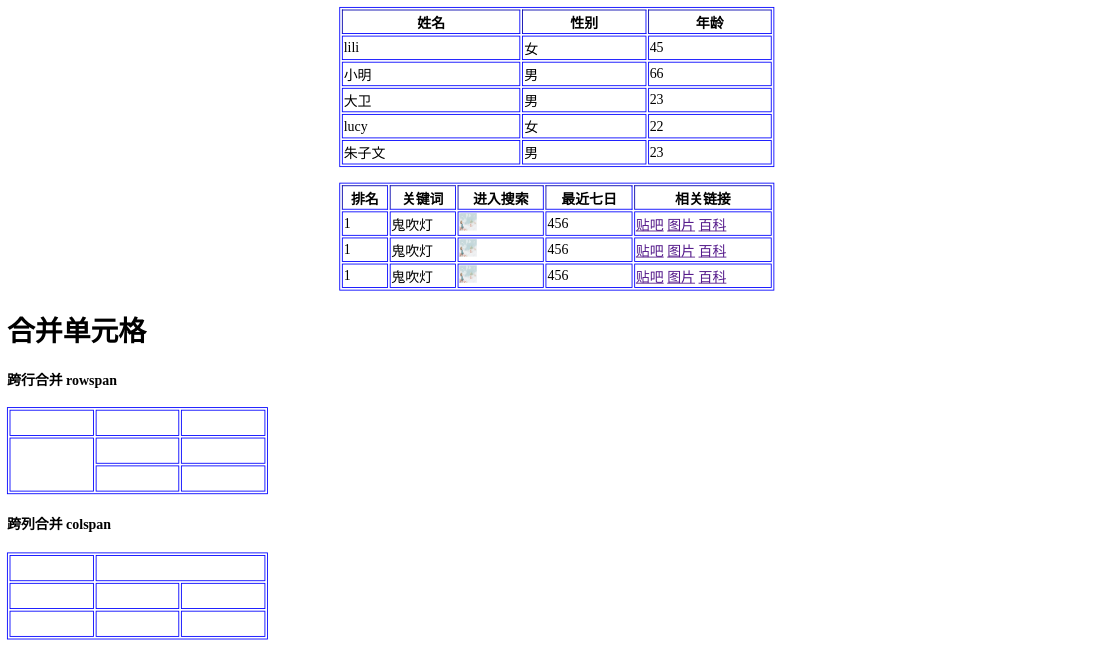
Repository: zhengdeya/web-based
Page: 07-table表格.html
These files come from the project's save history. The page is drawn as it stood at one moment and after the next save; the edit follows.
The browser window is 1280 px wide. The pictures show the whole page, at 87% of full size.

Above is the page before, as saved 2021-04-09 15:44:18.

After the next save:
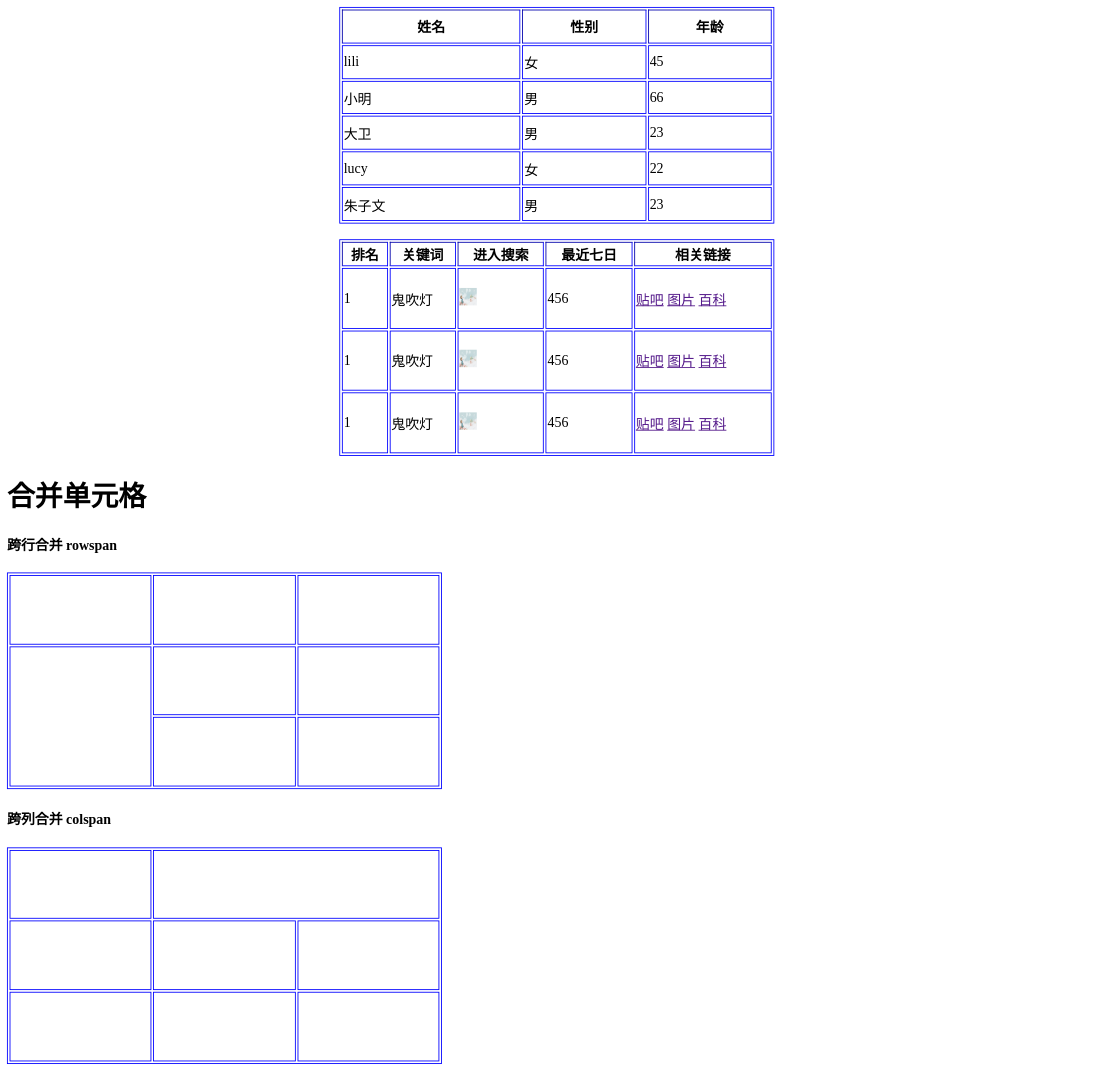
Saved 64 s later.
--- a/07-table表格.html
+++ b/07-table表格.html
@@ -7,6 +7,11 @@
     <meta name="viewport" content="width=device-width, initial-scale=1.0">
     <title>表格</title>
     <style>
+        table {
+            width: 500px;
+            height: 249px;
+        }
+
         table,
         td {
             border: 1px solid blue;
